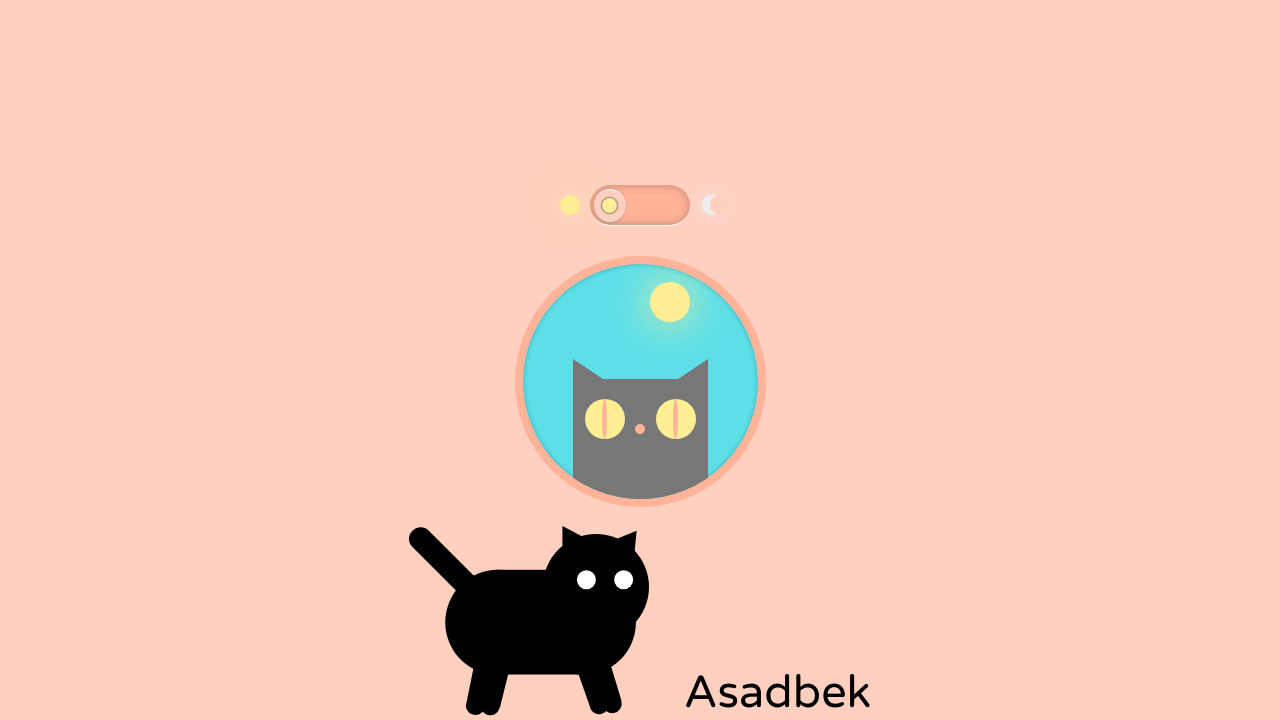
Repository: KHANas02/cat_1
Page: index.html
The author's editor kept a copy of each file at every save. The page is drawn from the files as they stood at one save, then again after a run of saves.
The browser window is 1280 px wide. The pictures show the whole page.

Above is the page before, as saved 2024-03-31 06:41:37.

### index.html
<!DOCTYPE html>
<html lang="en">
  <head>
    <meta charset="UTF-8" />
    <meta name="viewport" content="width=device-width, initial-scale=1.0" />
    <title>asa</title>
    <link rel="stylesheet" href="./style.css" />
  </head>
  <body>
    <!-- <input type="checkbox" name="t-help" id="t-help" checked />
    <input type="checkbox" name="t-success" id="t-success" checked />
    <input type="checkbox" name="t-warning" id="t-warning" checked />
    <input type="checkbox" name="t-error" id="t-error" checked />
    <div class="toast-panel">
      <div class="toast-item help">
        <div class="toast help">
          <label for="t-help" class="close"></label>
          <h3>Help!</h3>
          <p>
            Do you have a problem? Just use this <a href="#">contact form</a>.
          </p>
        </div>
      </div>
      <div class="toast-item success">
        <div class="toast success">
          <label for="t-success" class="close"></label>
          <h3>Success!</h3>
          <p>Your message has been sent successfully.</p>
        </div>
      </div>
      <div class="toast-item warning">
        <div class="toast warning">
          <label for="t-warning" class="close"></label>
          <h3>Warning!</h3>
          <p>Sorry, there was a problem with your request.</p>
        </div>
      </div>
      <div class="toast-item error">
        <div class="toast error">
          <label for="t-error" class="close"></label>
          <h3>Error!</h3>
          <p>Change a few thing up and try submitting again.</p>
        </div>
      </div>
      <div class="toast-icons">
        <label for="t-help" class="toast-icon icon-help"></label>
        <label for="t-success" class="toast-icon icon-success"></label>
        <label for="t-warning" class="toast-icon icon-warning"></label>
        <label for="t-error" class="toast-icon icon-error"></label>
      </div>
    </div> -->
    <br /><br /><br /><br />

    <div class="the-container">
      <input type="checkbox" id="toggle" />
      <label for="toggle"></label>

      <div class="day-night-cont">
        <span class="the-sun"></span>
        <div class="the-moon"><span class="moon-inside"></span></div>
      </div>

      <div class="switch">
        <div class="button">
          <div class="b-inside"></div>
        </div>
      </div>

      <div class="c-window">
        <span class="the-sun"></span>
        <span class="the-moon"></span>

        <div class="the-cat">
          <div class="cat-face">
            <section class="eyes left"><span class="pupil"></span></section>
            <section class="eyes right"><span class="pupil"></span></section>

            <span class="nose"></span>
          </div>
        </div>
      </div>
    </div>




<!--  -->
<div class="wrapper-no7">
    <div class="logo">Asadbek</div>
    <div class="animation-wrapper">
        <div class="cat-wrapper">
            <svg class="cat" xmlns="http://www.w3.org/2000/svg" viewBox="0 0 207.68 163.77" preserveAspectRatio="none">
              <title>cat</title>
              <g class="body">
                <circle class="body-backcircle" cx="76.86" cy="83.31" r="45.5"/>
                <circle class="body-frontcircle" cx="150.86" cy="83.31" r="45.5"/>
                <rect class="body-between"x="74.65" y="37.89" width="83.04" height="90.61"/>
              </g>
              <circle class="head" cx="161.76" cy="52.75" r="45.92"/>
              <g class="eyes">
                <circle class="eyes-l" cx="153.51" cy="46.5" r="8.25"/>
                <circle class="eyes-r" cx="185.76" cy="46.5" r="8.25"/>
              </g>
              <g class="ears">
                <polygon class="ears-l" points="132.76 19 132.76 0 149.55 8.81 132.76 19"/>
                <polygon class="ears-r" points="179.44 11.2 197 4.06 195.16 22.9 179.44 11.2"/>
              </g>
              <rect class="tail" x="-11" y="32.87" width="107" height="20" rx="9.58" ry="9.58" transform="translate(41.19 -18.41) rotate(45)"/>
              <g class="backlegs">
                <path class="backlegs1" d="M74,124.85a6,6,0,0,0-4.7-7.07l-4.41-.89a6,6,0,0,0-7.07,4.7l-6.31,31.35a8.25,8.25,0,1,0,15.64,5,5.94,5.94,0,0,0,.44-1.33Z" transform="translate(-1.58 -0.92)"/>
                <path class="backlegs2" d="M88.22,125.86a6,6,0,0,0-4.38-7.27l-4.37-1.08a6,6,0,0,0-7.27,4.38l-7.69,31a8.25,8.25,0,1,0,15.41,5.72,5.94,5.94,0,0,0,.5-1.31Z" transform="translate(-1.58 -0.92)"/>
              </g>
              <g class="frontlegs">
                <path class="frontlegs1" d="M162.89,120.91a6,6,0,0,0-7.65-3.68L151,118.72a6,6,0,0,0-3.68,7.65l10.57,30.18a8.25,8.25,0,1,0,16-3.65,5.94,5.94,0,0,0-.3-1.37Z" transform="translate(-1.58 -0.92)"/>
                <path class="frontlegs2" d="M175.77,120.08a6,6,0,0,0-7.48-4l-4.31,1.3a6,6,0,0,0-4,7.48l9.22,30.62a8.25,8.25,0,1,0,16.17-2.94,5.94,5.94,0,0,0-.24-1.38Z" transform="translate(-1.58 -0.92)"/>
              </g>
            </svg>
        </div>
        <div class="logoani">Asadbek</div>
    </div>
    <div class="layout notvisible">
        <div class="layout__nav">
            <ul class="layout__nav-left">
                <li></li>
                <li></li>
                <li></li>
                <li></li>
            </ul>
            <ul class="layout__nav-right">
                <li></li>
                <li></li>
                <li></li>
                <li></li>
            </ul>
        </div>
        <div class="layout__title"></div>
            <div class="layout__content">
                <div></div>
                <div></div>
                <div></div>
                <div></div>
                <div></div>
                <div></div>
                <div></div>
                <div></div>
                <div></div>
                <div></div>
                <div></div>
                <div></div>
                <div></div>
                <div></div>
                <div></div>
                <div></div>
            </div>
    </div>
    <button class="restart">restart animation</button>
 </div>
<script src="./main.js"></script>

  </body>
</html>

Loaded but not shown: style.css (865 lines, source omitted); main.js (no stored copy; drawn as an empty file)

After the next 2 saves:
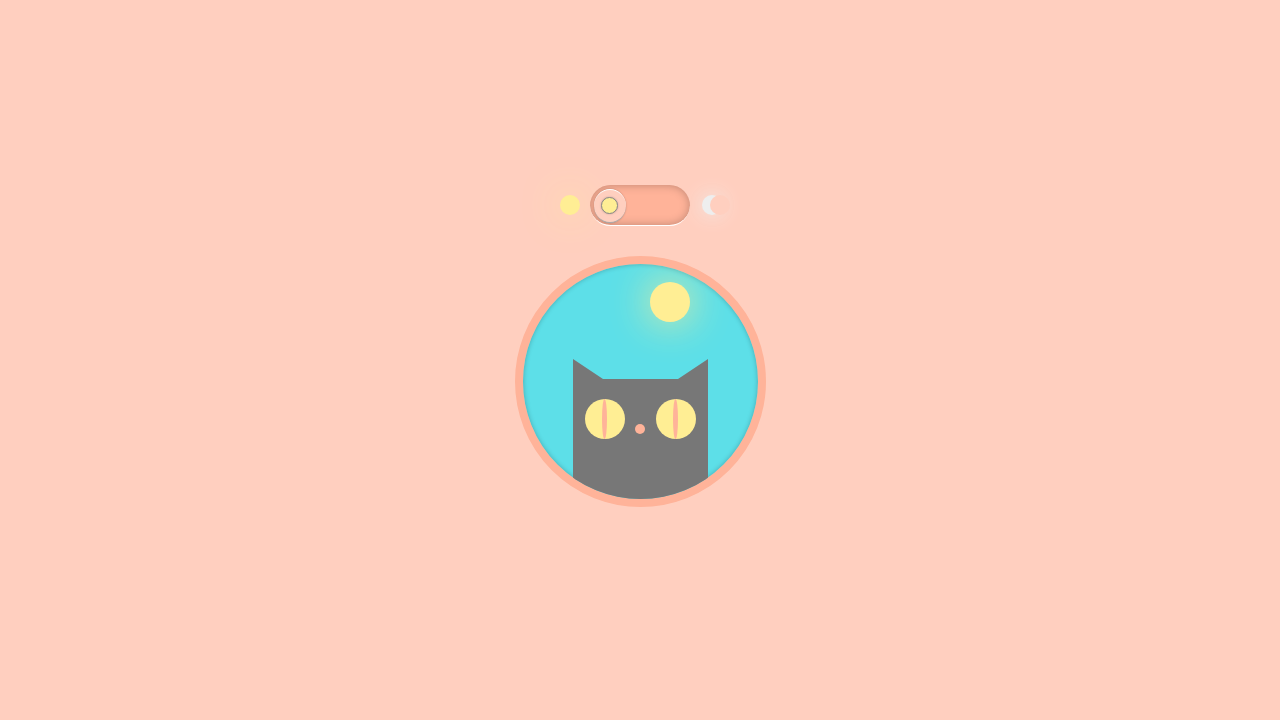
The 2 saves are shown as one change because they came seconds apart.
The last was saved 18 s later.
--- a/index.html
+++ b/index.html
@@ -85,77 +85,8 @@
 
 
 <!--  -->
-<div class="wrapper-no7">
-    <div class="logo">Asadbek</div>
-    <div class="animation-wrapper">
-        <div class="cat-wrapper">
-            <svg class="cat" xmlns="http://www.w3.org/2000/svg" viewBox="0 0 207.68 163.77" preserveAspectRatio="none">
-              <title>cat</title>
-              <g class="body">
-                <circle class="body-backcircle" cx="76.86" cy="83.31" r="45.5"/>
-                <circle class="body-frontcircle" cx="150.86" cy="83.31" r="45.5"/>
-                <rect class="body-between"x="74.65" y="37.89" width="83.04" height="90.61"/>
-              </g>
-              <circle class="head" cx="161.76" cy="52.75" r="45.92"/>
-              <g class="eyes">
-                <circle class="eyes-l" cx="153.51" cy="46.5" r="8.25"/>
-                <circle class="eyes-r" cx="185.76" cy="46.5" r="8.25"/>
-              </g>
-              <g class="ears">
-                <polygon class="ears-l" points="132.76 19 132.76 0 149.55 8.81 132.76 19"/>
-                <polygon class="ears-r" points="179.44 11.2 197 4.06 195.16 22.9 179.44 11.2"/>
-              </g>
-              <rect class="tail" x="-11" y="32.87" width="107" height="20" rx="9.58" ry="9.58" transform="translate(41.19 -18.41) rotate(45)"/>
-              <g class="backlegs">
-                <path class="backlegs1" d="M74,124.85a6,6,0,0,0-4.7-7.07l-4.41-.89a6,6,0,0,0-7.07,4.7l-6.31,31.35a8.25,8.25,0,1,0,15.64,5,5.94,5.94,0,0,0,.44-1.33Z" transform="translate(-1.58 -0.92)"/>
-                <path class="backlegs2" d="M88.22,125.86a6,6,0,0,0-4.38-7.27l-4.37-1.08a6,6,0,0,0-7.27,4.38l-7.69,31a8.25,8.25,0,1,0,15.41,5.72,5.94,5.94,0,0,0,.5-1.31Z" transform="translate(-1.58 -0.92)"/>
-              </g>
-              <g class="frontlegs">
-                <path class="frontlegs1" d="M162.89,120.91a6,6,0,0,0-7.65-3.68L151,118.72a6,6,0,0,0-3.68,7.65l10.57,30.18a8.25,8.25,0,1,0,16-3.65,5.94,5.94,0,0,0-.3-1.37Z" transform="translate(-1.58 -0.92)"/>
-                <path class="frontlegs2" d="M175.77,120.08a6,6,0,0,0-7.48-4l-4.31,1.3a6,6,0,0,0-4,7.48l9.22,30.62a8.25,8.25,0,1,0,16.17-2.94,5.94,5.94,0,0,0-.24-1.38Z" transform="translate(-1.58 -0.92)"/>
-              </g>
-            </svg>
-        </div>
-        <div class="logoani">Asadbek</div>
-    </div>
-    <div class="layout notvisible">
-        <div class="layout__nav">
-            <ul class="layout__nav-left">
-                <li></li>
-                <li></li>
-                <li></li>
-                <li></li>
-            </ul>
-            <ul class="layout__nav-right">
-                <li></li>
-                <li></li>
-                <li></li>
-                <li></li>
-            </ul>
-        </div>
-        <div class="layout__title"></div>
-            <div class="layout__content">
-                <div></div>
-                <div></div>
-                <div></div>
-                <div></div>
-                <div></div>
-                <div></div>
-                <div></div>
-                <div></div>
-                <div></div>
-                <div></div>
-                <div></div>
-                <div></div>
-                <div></div>
-                <div></div>
-                <div></div>
-                <div></div>
-            </div>
-    </div>
-    <button class="restart">restart animation</button>
- </div>
-<script src="./main.js"></script>
+
+
 
   </body>
 </html>
